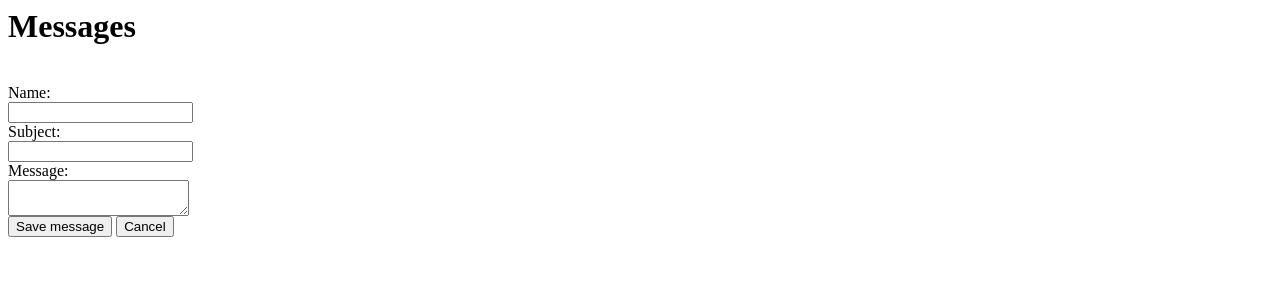
Repository: ClaudiaGheorghe97/cloudcomputing
Page: frontend/index.html
The author's editor kept a record of every edit. The page is drawn from the files as they stood at one moment, then again after the next edit.
The browser window is 1280 px wide. The pictures show the whole page.

Above is the page before.
Console error: ReferenceError: showMessages is not defined

### frontend/index.html

<html>
    <head>
        <title>Message list</title>
    </head>
    <body>
        <h1>Messages</h1>
    </body>
</html>

<form>
  <input type="hidden" name="id" id="id" /><br />
  Name:<br />
  <input type="text" name="name" id="name" /><br />
  Subject:<br />
  <input type="text" name="subject" id="subject"><br/>
  Message:<br />
  <textarea name="message" id="message"></textarea> <br/>
  <input type="submit" value="Save message">
  <input type="reset" value="Cancel">
</form>
<div id="table"></div>

<script src="https://unpkg.com/axios/dist/axios.min.js"></script>

<script
    src="https://code.jquery.com/jquery-3.3.1.min.js"
    integrity="sha256-FgpCb/KJQlLNfOu91ta32o/NMZxltwRo8QtmkMRdAu8="
    crossorigin="anonymous"></script>

    <script type="text/javascript">
    $(document).ready(function() {
        console.log('Hello from JQuery')
        function showMessages() {
    axios.get('/messages').then(function(results) {

        let html = ` <table style="width:500px;">
                <tr>
                    <th>ID</th>
                    <th>Subject</th>
                    <th>Name</th>
                    <th>Message</th>
                    <th>Actions</th>
                </tr>`

        results.data.forEach(function(element) {
            html += `<tr>
                        <td>${element.id}</td>
                        <td>${element.name}</td>
                        <td>${element.subject}</td>
                        <td>${element.message}</td>
                        <td>
                            <button onClick="editMessage(${element.id})">Edit</button>
                            <button onClick="deleteMessage(${element.id})">Delete</button>
                        </td>
                    </tr>`
        })

        html += `</table>`

        $('#table').html(html)
    }).catch(function(error) {
        console.log(error)
    })
}
    })


</script>



<script type="text/javascript">
    $(document).ready(function() {
        console.log('Hello from JQuery')
        showMessages()
    })
</script>

After the next edit:
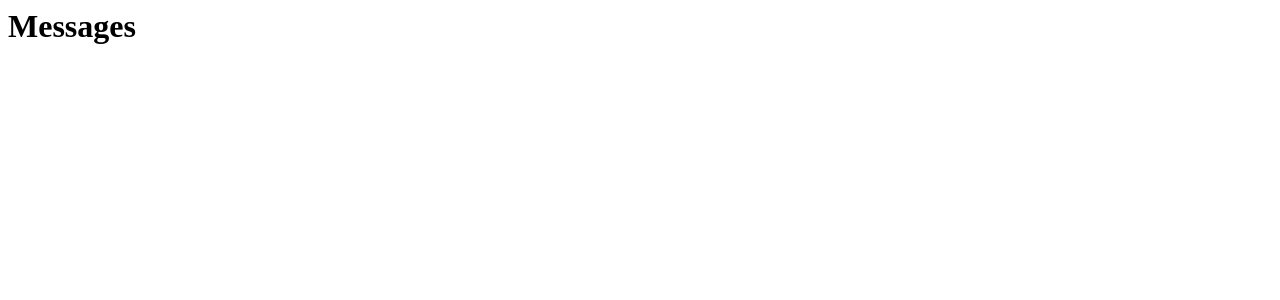
The edit:
--- a/frontend/index.html
+++ b/frontend/index.html
@@ -8,18 +8,7 @@
     </body>
 </html>
 
-<form>
-  <input type="hidden" name="id" id="id" /><br />
-  Name:<br />
-  <input type="text" name="name" id="name" /><br />
-  Subject:<br />
-  <input type="text" name="subject" id="subject"><br/>
-  Message:<br />
-  <textarea name="message" id="message"></textarea> <br/>
-  <input type="submit" value="Save message">
-  <input type="reset" value="Cancel">
-</form>
-<div id="table"></div>
+
 
 <script src="https://unpkg.com/axios/dist/axios.min.js"></script>
 

After the edit that followed:
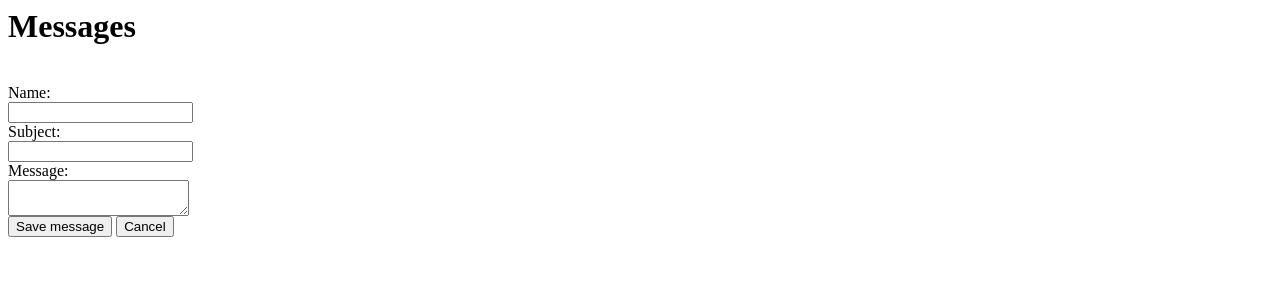
The edit:
--- a/frontend/index.html
+++ b/frontend/index.html
@@ -5,6 +5,18 @@
     </head>
     <body>
         <h1>Messages</h1>
+        <form>
+  <input type="hidden" name="id" id="id" /><br />
+  Name:<br />
+  <input type="text" name="name" id="name" /><br />
+  Subject:<br />
+  <input type="text" name="subject" id="subject"><br/>
+  Message:<br />
+  <textarea name="message" id="message"></textarea> <br/>
+  <input type="submit" value="Save message">
+  <input type="reset" value="Cancel">
+</form>
+<div id="table"></div>
     </body>
 </html>
 
